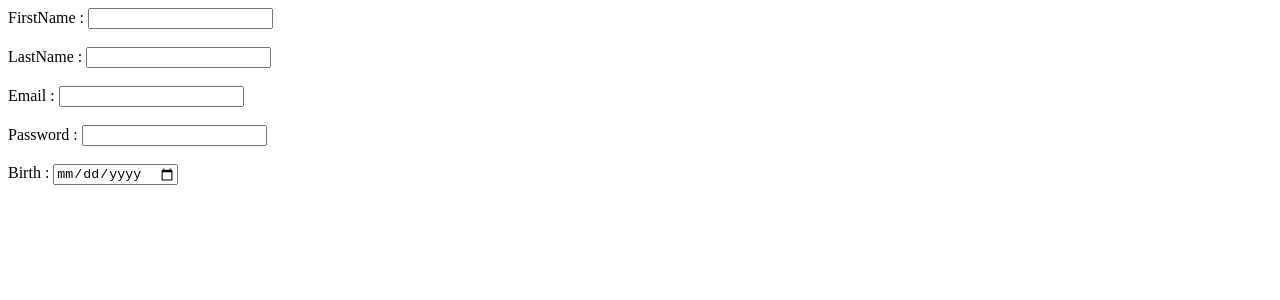
Repository: sunbeam-modular/IIT-08-B-Java
Page: http://localhost/demo02/newuser.jsp
These files come from the project's save history. The page is drawn as it stood at one moment and after the next save; the edit follows.
The browser window is 1280 px wide. The pictures show the whole page.
The page is served by Tomcat 9. Other server files are loaded and not shown.

Above is the page before, as saved 2025-12-25 09:03:58.

### Day09/codes/day4/demo02/src/main/webapp/newuser.jsp
<%@ page language="java" contentType="text/html; charset=UTF-8"
    pageEncoding="UTF-8"%>
<!DOCTYPE html>
<html>
<head>
<meta charset="UTF-8">
<title>Insert title here</title>
</head>
<body>
<form method = "post" action = "register.jsp">
FirstName : <input type = "text" name = "fname"/><br/><br/>
LastName : <input type = "text" name = "lname"/><br/><br/>
Email : <input type = "text" name = "email"/><br/><br/>
Password : <input type = "password" name = "passwd"/><br/><br/>
Birth : <input type = "date" name = "birth"/><br/><br/>
</form>
</body>
</html>

After the next save:
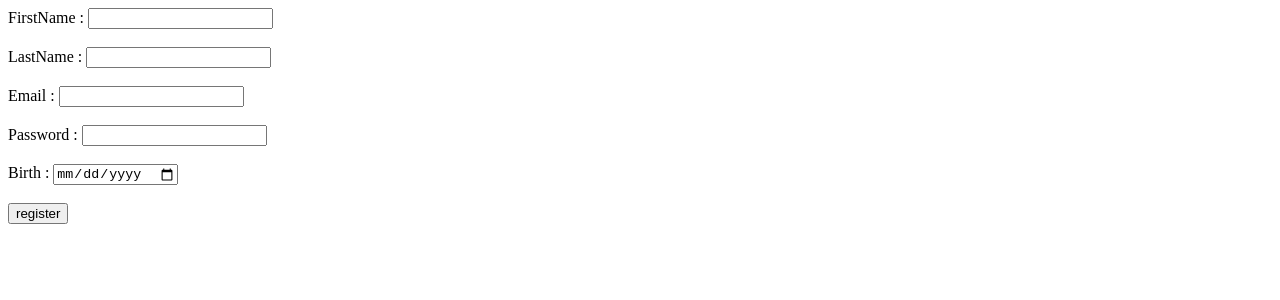
Saved 10 s later.
--- a/Day09/codes/day4/demo02/src/main/webapp/newuser.jsp
+++ b/Day09/codes/day4/demo02/src/main/webapp/newuser.jsp
@@ -13,6 +13,7 @@
 Email : <input type = "text" name = "email"/><br/><br/>
 Password : <input type = "password" name = "passwd"/><br/><br/>
 Birth : <input type = "date" name = "birth"/><br/><br/>
+<input type = "submit" value = "register"/>
 </form>
 </body>
 </html>
